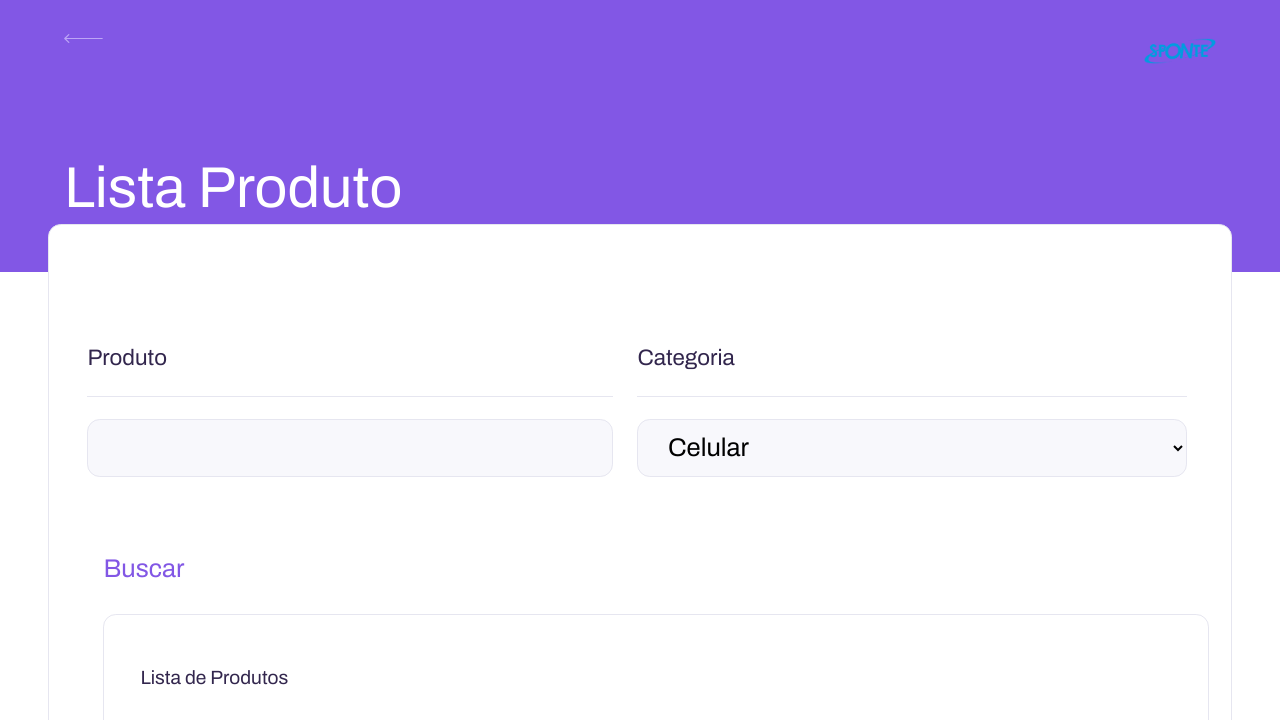
Repository: Henrique-Hoi-Dev/avalia-o-front-end
Page: /list (app in web/)
An editor plug-in stored every save of this project. The page is shown before and after the next save, followed by the edit.
The browser window is 1280 px wide. The pictures show the whole page.
An inner scrolling area shows only its first screen. The project was rebuilt for these pictures with package versions that can differ from the ones it lists, and the page was loaded fresh each time. Also part of the build but not shown: web/src/pages/Home/styles.js, web/src/pages/Home/index.js, web/src/services/api.js, web/src/pages/RegistrationProduct/styles.js, web/src/components/HeaderRecord/styles.js, web/src/components/HeaderRecord/index.js, web/src/pages/RegistrationProduct/Avatarinput/styles.js, web/src/pages/RegistrationProduct/Avatarinput/index.js and 1 more.

Above is the page before, as saved 2020-09-02 22:01:21.

### web/public/index.html
<!DOCTYPE html>
<html lang="en">
  <head>
    <meta charset="utf-8" />
    <link rel="icon" href="%PUBLIC_URL%/favicon.ico" />
    <meta name="viewport" content="width=device-width, initial-scale=1" />
    <meta name="theme-color" content="#000000" />
    <meta
      name="description"
      content="Web site created using create-react-app"
    />
    <link
      href="https://fonts.googleapis.com/css2?family=Archivo:ital,wght@0,400;1,700&family=Poppins&display=swap"
      rel="stylesheet"
    />

    <title>Controle de estoque</title>
  </head>
  <body>
    <noscript>You need to enable JavaScript to run this app.</noscript>
    <div id="root"></div>
  </body>
</html>

### web/src/App.js
import React from 'react';
import Routes from './routes';

import GlobalStyle from './styles/global';

function App() {
  return (
    <>
      <Routes />
      <GlobalStyle />
    </>
  );
}

export default App;

### web/src/routes.js
import React from 'react';
import { BrowserRouter, Route } from 'react-router-dom';

import Home from './pages/Home';
import ListProduct from './pages/ListProduct';
import RegistrationProduct from './pages/RegistrationProduct';

function Routes() {
  return (
    <BrowserRouter>
      <Route path="/" exact component={Home} />
      <Route path="/list" component={ListProduct} />
      <Route path="/record-product" component={RegistrationProduct} />
    </BrowserRouter>
  );
}

export default Routes;

### web/src/styles/global.js
import { createGlobalStyle } from 'styled-components';

export default createGlobalStyle`


  * {
    margin: 0;
    padding: 0;
    outline: 0;
    border: 0;
    box-sizing: border-box;
  }
  html, body, #root {
    height: 100%;
    overflow-x: hidden;
  }


  body {
    background: linear-gradient(-70deg #f0f0f7);
    -webkit-font-smoothing: antialiased !important;

  }

  body, input, button {

    font-size: 14px;
    font-family: 'Roboto', sans-serif;
  }

  button {
    cursor: pointer;
  }

  :root {

  --color-background: #f0f0f7;
  --color-primary-lighter: #9871f5;
  --color-primary-light: #916bea;
  --color-primary: #8257e5;
  --color-primary-dark: #774dd6;
  --color-primary-darker: #6842c2;
  --color-secundary: #04d361;
  --color-secundary-dark: #04bf58;
  --color-title-in-primary: #ffffff;
  --color-text-in-primary: #d4c2ff;
  --color-text-title: #32264d;
  --color-text-complement: #9c98a6;
  --color-text-base: #6a6180;
  --color-line-in-white: #e6e6f0;
  --color-input-background: #f8f8fc;
  --color-button-text: #ffffff;
  --color-box-base: #ffffff;
  --color-box-footer: #fafafc;
}
`;

### web/src/pages/ListProduct/index.js
import React from 'react';
import * as Yup from 'yup';

import Header from '../../components/HeaderList';
import { FcEmptyTrash } from 'react-icons/fc';
import { Formik, Field, Form } from 'formik';
import { Container } from './styles';

const schema = Yup.object().shape({
  product: Yup.string()
    .required('! Este compo é obrigatório.')
    .max(100, '! No máximo 100 caracteres'),
  categoria: Yup.string().required('! Este compo é obrigatório.'),
});

function ListProduct() {
  function onSubmit(values) {
    console.log(values);
  }
  return (
    <Container>
      <Header />
      <div className="header-main">
        <Formik
          onSubmit={onSubmit}
          validationSchema={schema}
          validateOnBlur
          initialValues={{
            product: '',
            categoria: 'celular',
          }}
          render={({ values, errors }) => (
            <Form className="form-input">
              <div id="header-busca" className="header-title">
                <div className="buscar">
                  <label htmlFor="product">Produto</label>
                  <Field name="product" type="text" />
                  <span>{errors.product}</span>
                </div>

                <div className="categoria">
                  <label htmlFor="categoria">Categoria</label>
                  <Field nome="categoria" component="select">
                    <option value="celular">Celular</option>
                    <option value="tvs">Tvs</option>
                    <option value="notbook">Notbook</option>
                    <option value="acessorios">Acessórios</option>
                  </Field>
                </div>
              </div>
              <button type="submit">Buscar</button>

              <table className="table-list">
                <thead className="table-title">
                  <td>Lista de Produtos</td>
                </thead>
                <tbody>
                  <tr className="product">
                    <td>Produto</td>
                    <td>Preço(R$; 0,00)</td>
                    <td>Medidas</td>
                    <td>Descrição do produto</td>
                    <img
                      src="https://avatars1.githubusercontent.com/u/62766753?s=400&u=1b68262c4b2abe58a779bb03ae2c3d7e46ee4358&v=4"
                      alt="avatar"
                    />
                    <button>
                      <FcEmptyTrash />
                    </button>
                  </tr>
                  <tr className="product">
                    <td>Produto 2</td>
                    <td>Preço(R$; 0,00)</td>

                    <td>Descrição do produto</td>
                    <img
                      src="https://avatars1.githubusercontent.com/u/62766753?s=400&u=1b68262c4b2abe58a779bb03ae2c3d7e46ee4358&v=4"
                      alt="avatar"
                    />
                    <button>
                      <FcEmptyTrash />
                    </button>
                  </tr>
                </tbody>
              </table>
            </Form>
          )}
        />
      </div>
    </Container>
  );
}

export default ListProduct;

### web/src/components/HeaderList/index.js
import React from 'react';
import { Link } from 'react-router-dom';

import { PageHeader } from './styles';
import backIcon from '../../assets/back.svg';
import logo from '../../assets/logo.png';

function HeaderList() {
  return (
    <PageHeader>
      <div className="header">
        <Link to="/">
          <img src={backIcon} alt="voltar" />
        </Link>
        <img src={logo} alt="voltar" />
      </div>

      <div className="header-content">
        <h2>Lista Produto</h2>
      </div>
    </PageHeader>
  );
}

export default HeaderList;

### web/src/pages/ListProduct/styles.js
import styled from 'styled-components';
import { darken } from 'polished';

export const Container = styled.div`
  width: 100vw;
  height: 100vh;

  .header-main {
    background: var(--color-box-base);
    width: 100%;
    max-width: 74rem;
    border: 0.1rem solid var(--color-line-in-white);
    border-radius: 0.8rem;
    margin: -3rem auto 3.2rem;
    padding-top: 6.4rem;
    overflow: hidden;
  }

  input,
  select {
    width: 100%;
    height: 3.6rem;
    border-radius: 0.8rem;
    background: var(--color-input-background);
    border: 1px solid var(--color-line-in-white);
    outline: 0;
    padding: 0 1.6rem;
    font: 1.6rem Archivo;
  }

  .form-input {
    border: 0;
    padding: 0 2.4rem;
    margin-top: 0.1rem;

    button {
      background: none;
      border: 0;
      margin: 1rem;
      color: var(--color-primary);
      font: 700 1.6rem Archivo;
      cursor: pointer;
      transition: color 0.2s;

      &:hover {
        color: ${darken(0.03, '#6842c2')};
      }
    }
  }
  .header-title span {
    color: #ff0000;
    align-self: flex-start;
    margin: 0 0 10px;
    font-weight: bold;
  }

  label {
    font: 700 1.4rem Archivo;
    color: var(--color-text-title);
    margin-bottom: 1.4rem;
    margin-top: 1rem;
    display: flex;
    align-items: center;
    justify-content: space-between;
    width: 100%;
    padding-bottom: 1.6rem;
    border-bottom: 1px solid var(--color-line-in-white);
  }
  main {
    margin: 3.2rem auto;
    width: 90%;
  }
  .table-list {
    width: 100%;
    background: var(--color-box-base);
    border: 1px solid var(--color-line-in-white);
    border-radius: 0.8rem;
    margin: 1rem;

    thead {
      font: 700 2.4rem Archivo;
      display: block;
      color: var(--color-text-title);
      margin-top: 1rem;
      padding: 2rem;
    }

    tbody {
      margin-left: 2.4rem;
    }

    img {
      width: 4rem;
      height: 4rem;
      border-radius: 50%;
    }

    td {
      font-size: 1.2rem;
      margin-top: 0.4rem;
    }

    .product {
      padding: 3.2rem 2rem;
      background: var(--color-box-footer);
      border-top: 1px solid var(--color-line-in-white);
      margin-top: 3.2rem;
      display: flex;
      align-items: center;
      justify-content: space-between;
    }
  }

  @media (min-width: 1100px) {
    #header-busca {
      max-width: 1100px;

      display: grid;
      grid-template-columns: 1fr 1fr;
      grid-template-rows: 210px;
      grid-template-areas: 'buscar categoria ';
    }

    .buscar {
      grid-area: buscar;
      margin-right: 1.5rem;
    }

    .categoria {
      grid-area: categoria;
    }
  }
`;

### web/src/components/HeaderList/styles.js
import styled from 'styled-components';

export const PageHeader = styled.div`
  display: flex;
  flex-direction: column;
  background-color: var(--color-primary);

  .header {
    width: 90%;
    margin: 0 auto;
    display: flex;
    justify-content: space-between;
    align-items: center;
    color: var(--color-text-in-primary);
    padding: 1.6rem 0;

    a {
      height: 3.2rem;
      transition: opacity 0.2s;

      :hover {
        opacity: 0.6;
      }
    }

    img {
      height: 1.6rem;
    }
  }

  .header-content {
    width: 90%;
    margin: 0 auto;
    position: relative;
    margin: 3.2rem auto;

    a {
      font: 700 3.6rem Archivo;
      line-height: 4.2rem;
      color: var(--color-title-in-primary);
    }

    h2 {
      font: 700 3.6rem Archivo;
      line-height: 4.2rem;
      color: var(--color-title-in-primary);
    }
  }
`;

Loaded but not shown: web/src/index.js (common file)

After the next save:
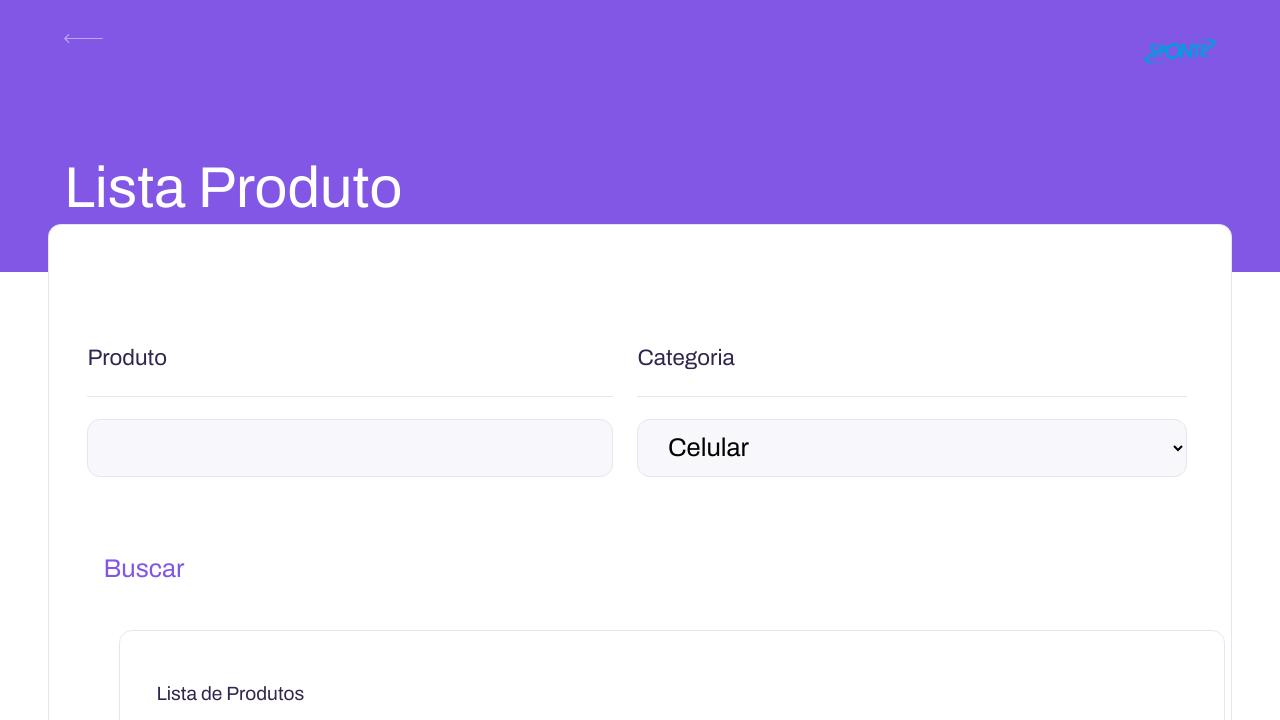
Saved 8 s later.
--- a/web/src/pages/ListProduct/styles.js
+++ b/web/src/pages/ListProduct/styles.js
@@ -75,7 +75,7 @@
     background: var(--color-box-base);
     border: 1px solid var(--color-line-in-white);
     border-radius: 0.8rem;
-    margin: 1rem;
+    margin: 2rem;
 
     thead {
       font: 700 2.4rem Archivo;

After the save that followed:
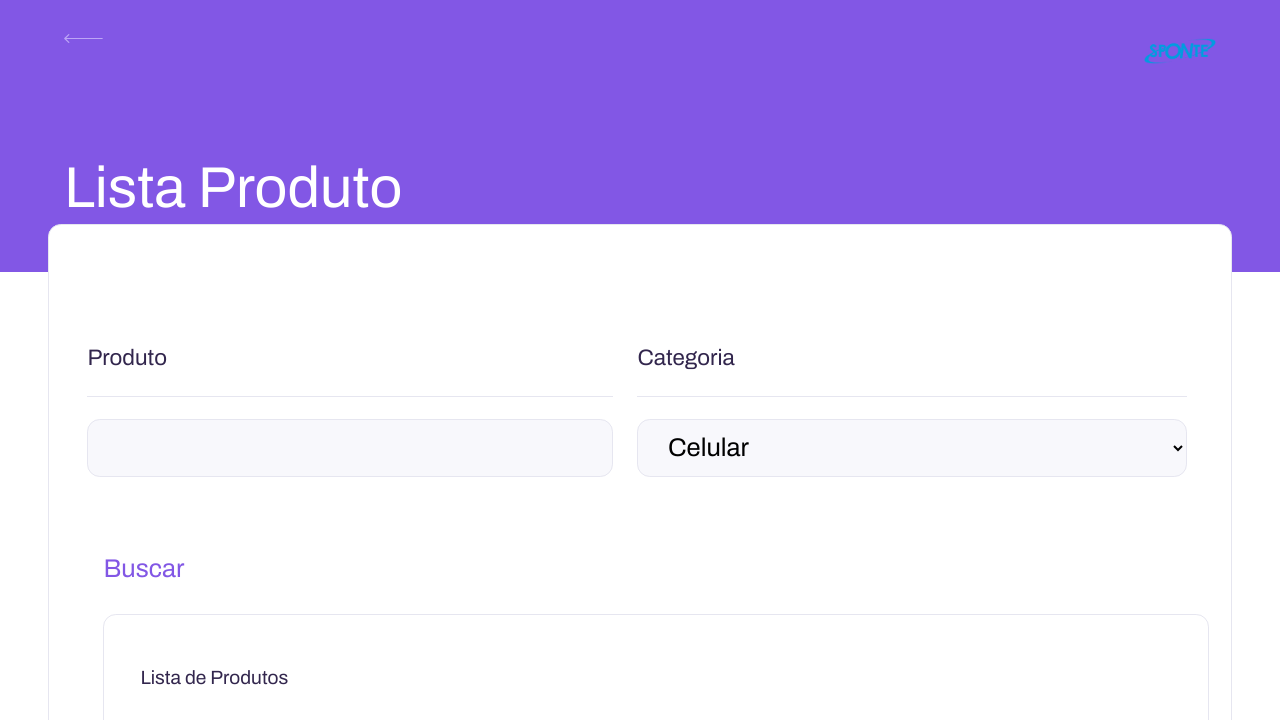
Saved 6 s later.
--- a/web/src/pages/ListProduct/styles.js
+++ b/web/src/pages/ListProduct/styles.js
@@ -75,7 +75,7 @@
     background: var(--color-box-base);
     border: 1px solid var(--color-line-in-white);
     border-radius: 0.8rem;
-    margin: 2rem;
+    margin: 1rem;
 
     thead {
       font: 700 2.4rem Archivo;
